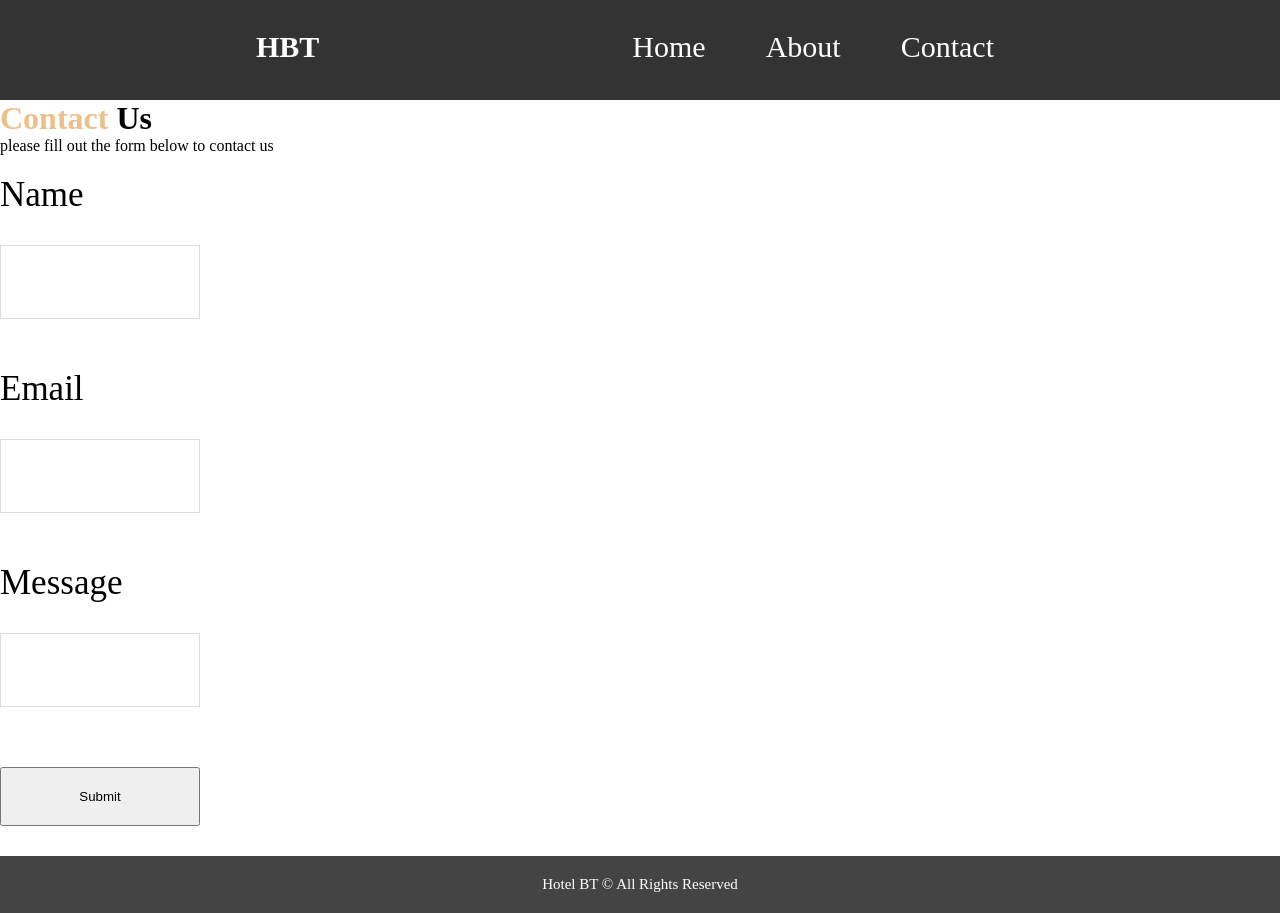
Repository: reemoon-ctrl/hotel-website
Page: 35 - hotel-website/contact.html
These files come from the project's save history. The page is drawn as it stood at one moment and after a run of saves; the edit follows.
The browser window is 1280 px wide. The pictures show the whole page.

Above is the page before, as saved 2024-07-22 09:44:37.

After the next 3 saves:
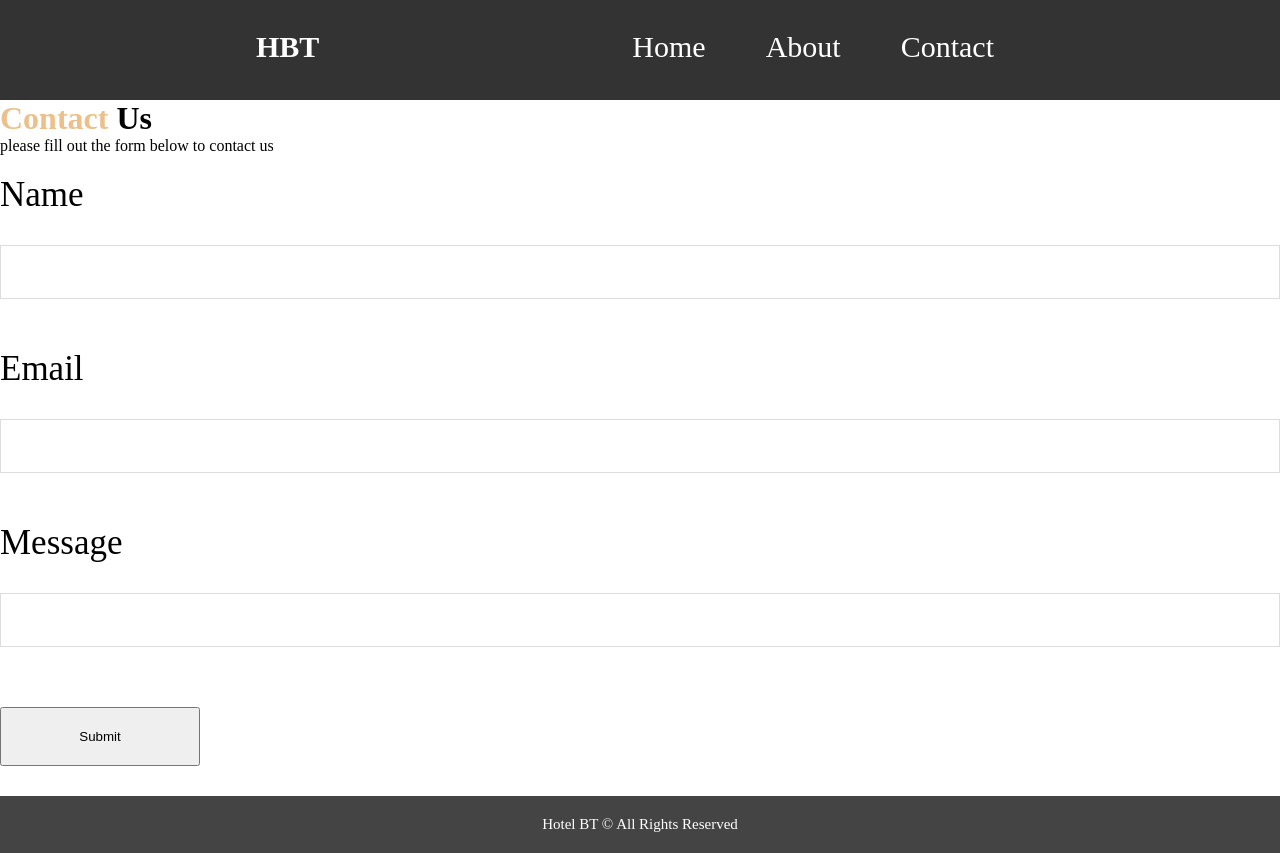
The 3 saves are shown as one change because they came seconds apart.
The last was saved 17 s later.
--- a/35 - hotel-website/index.css
+++ b/35 - hotel-website/index.css
@@ -288,7 +288,7 @@ color: #333333;
     font-size: 35px;
     margin-top: 20px ;
 }
-form input:last-of-type{
+form input{
  padding: 20px;
  text-align: center;
  width:200px;
